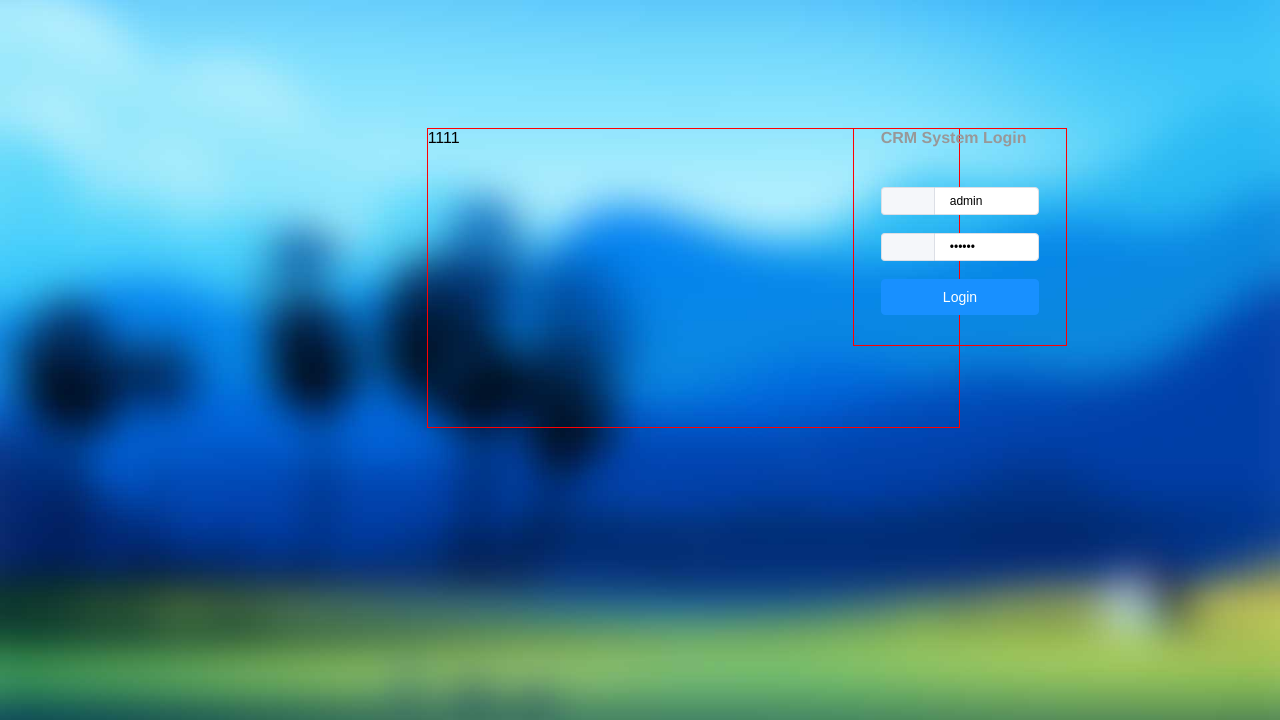
Repository: JasonMMM/ty-crm-sys
Page: /
An editor plug-in stored every save of this project. The page is shown before and after the next save, followed by the edit.
The browser window is 1280 px wide. The pictures show the whole page.
The project was rebuilt for these pictures with package versions that can differ from the ones it lists, and the page was loaded fresh each time. Also part of the build but not shown: vue.config.js, src/components/RightPanel/index.vue, src/layout/components/AppMain.vue, src/utils/i18n.js, src/components/Breadcrumb/index.vue, src/components/Hamburger/index.vue, src/components/ErrorLog/index.vue, src/components/Screenfull/index.vue and 18 more.

Above is the page before, as saved 2020-07-24 09:16:17.

After the next save:
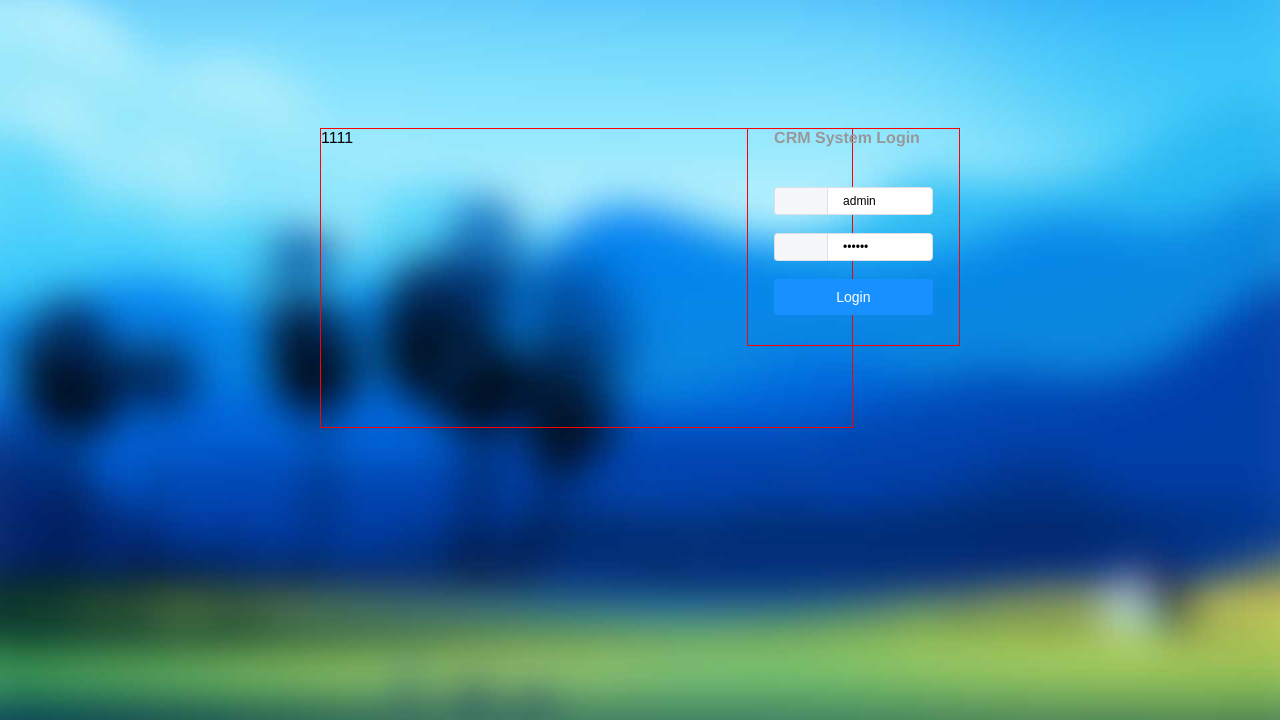
Saved 17 s later.
--- a/src/views/login/index.vue
+++ b/src/views/login/index.vue
@@ -2,7 +2,7 @@
   <div class="login-container">
     <img class="login-bg-img" src="@/assets/images/login/blur/morning_blur.jpg" alt="">
     <el-row class="login-container-row">
-      <el-col :sm="10" :offset="8" class="hidden-sm-and-down">
+      <el-col :sm="10" :offset="6" class="hidden-sm-and-down">
         <div class="login-left-col">
           1111
         </div>
